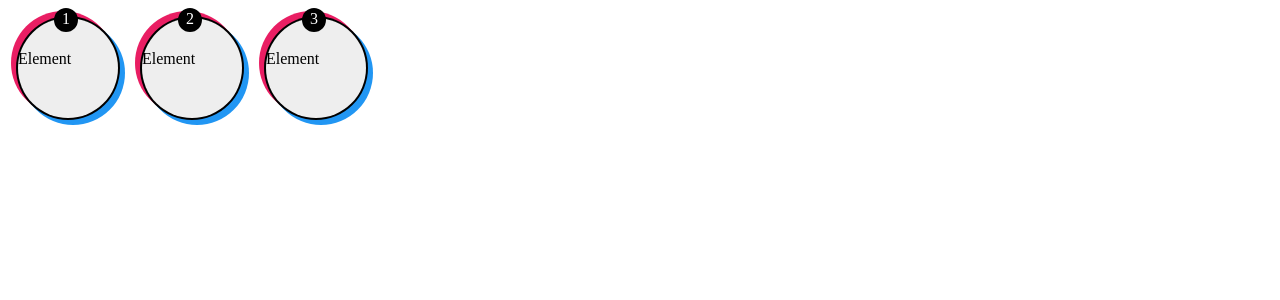
Repository: Body789/CSS_ELZERO
Page: Assignments/Assigmennt_10/Assignment_1/index.html
The author's editor kept a copy of each file at every save. The page is drawn from the files as they stood at one save, then again after the next save.
The browser window is 1280 px wide. The pictures show the whole page.

Above is the page before, as saved 2022-09-18 12:28:12.

### Assignments/Assigmennt_10/Assignment_1/index.html
<!DOCTYPE html>
<html lang="en">
<head>
  <meta charset="UTF-8">
  <title>Ass_10_1</title>
  <link rel="stylesheet" href="Css/style.css">
</head>
<body>
  <div></div>
  <div></div>
  <div></div>
</body>
</html>

### Assignments/Assigmennt_10/Assignment_1/Css/style.css
* {
  -webkit-box-sizing: border-box;
  -moz-box-sizing: border-box;
  box-sizing: border-box;
}

div {
  box-shadow:
    0px 0px 0px 2px black,
    -5px -5px 0px 2px #e91e63,
    5px 5px 0px 2px #2196f3;
  width: 100px;
  height: 100px;
  display: inline-block;
  background-color: #eee;
  border-radius: 50px;
  margin: 10px;
  counter-increment: num;
}

div::after {
  content: counter(num);
  color: white;
  background-color: black;
  width: 5px;
  display: inline-block;
  height: 20px;
  width: 20px;
  text-align: center;
  left: 36%;
  bottom: 10%;
  position: relative;
  padding: 2px 2px;
  border-radius: 50%;
}

div::before {
  content: "Element";
  color: black;
  display: inline-block;
  position: absolute;
  top: 50px;

}

After the next save:
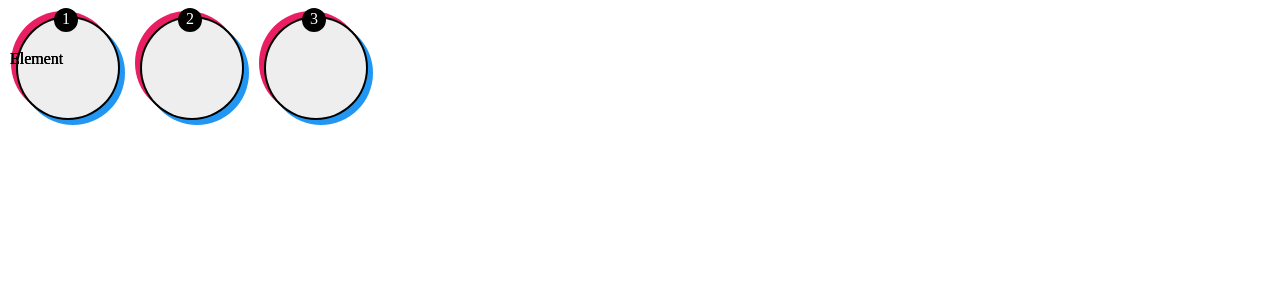
Saved 14 s later.
--- a/Assignments/Assigmennt_10/Assignment_1/Css/style.css
+++ b/Assignments/Assigmennt_10/Assignment_1/Css/style.css
@@ -39,6 +39,7 @@ div::before {
   color: black;
   display: inline-block;
   position: absolute;
+  left: 10px;
   top: 50px;
 
 }
